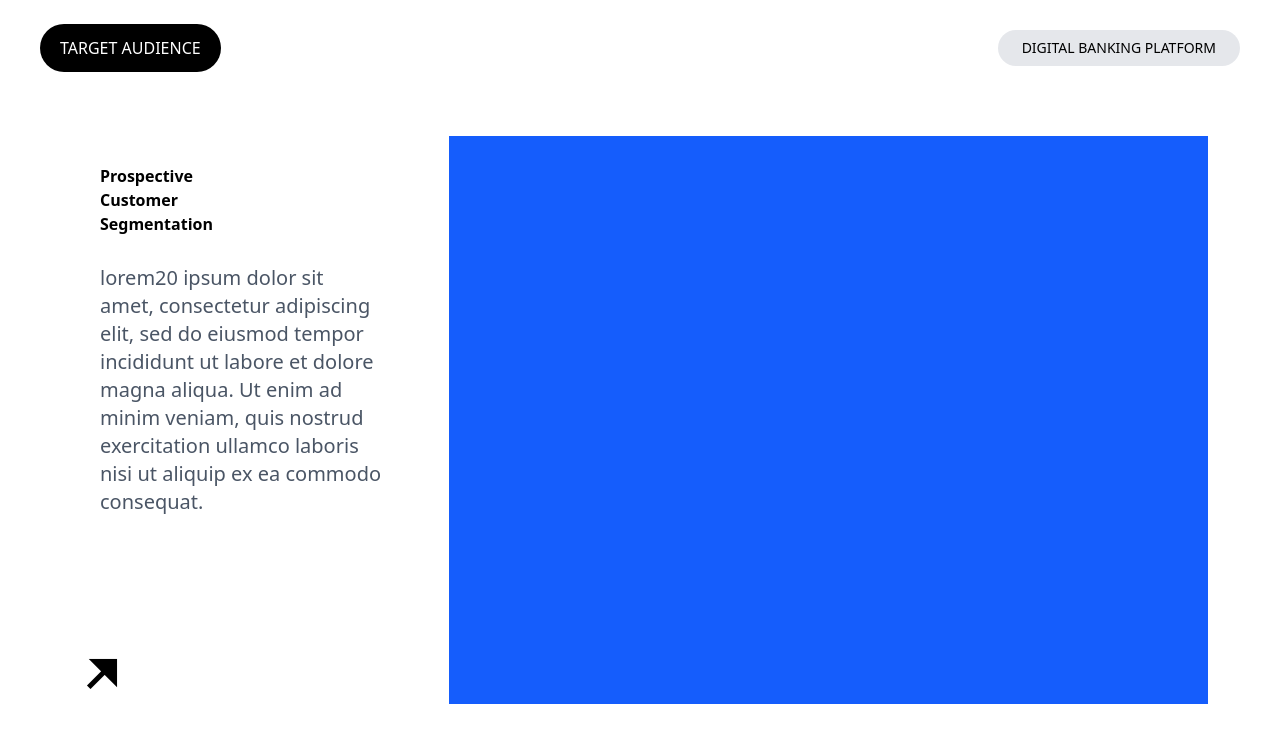
Repository: Mohitkumar1322/ReactTut
Page: / (app in projectSher1/)
The author's editor kept a copy of each file at every save. The page is drawn from the files as they stood at one save, then again after the next save.
The browser window is 1280 px wide. The pictures show the whole page.
The project was rebuilt for these pictures with package versions that can differ from the ones it lists, and the page was loaded fresh each time. Also part of the build but not shown: projectSher1/vite.config.js.

Above is the page before, as saved 2025-11-16 15:50:01.

### projectSher1/src/App.jsx
import React from 'react'
import Section1 from './components/Section1/Section1'
import Section2 from './components/Section2/Section2'

export default function App() {
  return (
    <div>
      <Section1 />
      <Section2 />
    </div>
  )
}

### projectSher1/src/components/Section1/Section1.jsx
import React from 'react'
import Navbar from './Navbar'
import Page1Content from './Page1Content'

const Section1 = () => {
  return (
    <div>
      <Navbar />
      <Page1Content />
    </div>
  )
}

export default Section1

### projectSher1/src/components/Section2/Section2.jsx
import React from 'react'

const Section2 = () => {
  return (
    <div >


    </div>
  )
}

export default Section2

### projectSher1/src/components/Section1/Navbar.jsx
import React from 'react'

const Navbar = () => {
  return (
    <div className='flex justify-between items-center py-6 px-10 '>
        <h4 className='bg-black text-white px-5 py-3 uppercase rounded-full '>Target Audience</h4>
        <button className='bg-gray-200 px-6 py-2 uppercase rounded-full text-sm'> Digital Banking Platform</button>

    </div>
  )
}

export default Navbar

### projectSher1/src/components/Section1/Page1Content.jsx
import React from 'react'
import LeftContent from './LeftContent'
import RightContent from './RightContent'

const Page1Content = () => {
  return (
    <div className='py-10 flex items-center gap-10 justify-between px-18 h-[90vh] '>

      <LeftContent />
      <RightContent />

    </div>
  )
}

export default Page1Content

### projectSher1/src/components/Section1/LeftContent.jsx
import React from 'react'

const LeftContent = () => {
  return (
    <div className='h-full flex flex-col justify-between w-1/3  '>
      <div className='p-7 '>
        <h3 className='mb-7 leading-[1.1]text-6xl font-bold'>
            Prospective<br></br> <span>Customer</span> <br />Segmentation
        </h3>
        <p className='text-xl font-medium text-gray-600'>lorem20
            ipsum dolor sit amet, consectetur adipiscing elit, sed do eiusmod tempor incididunt ut labore et dolore magna aliqua. Ut enim ad minim veniam, quis nostrud exercitation ullamco laboris nisi ut aliquip ex ea commodo consequat.
        </p>
      </div>
      <div className='text-6xl'>
        <i className="ri-arrow-right-up-fill"></i>
      </div>
    </div>
  )
}

export default LeftContent

### projectSher1/src/components/Section1/RightContent.jsx
import React from 'react'
import 'remixicon/fonts/remixicon.css';

const RightContent = () => {
  return (
    <div className='h-full w-3/4 bg-blue-600'>

    </div>
  )
}

export default RightContent

Loaded but not shown: projectSher1/index.html (common file); projectSher1/src/main.jsx (common file); projectSher1/src/index.css (common file)

After the next save:
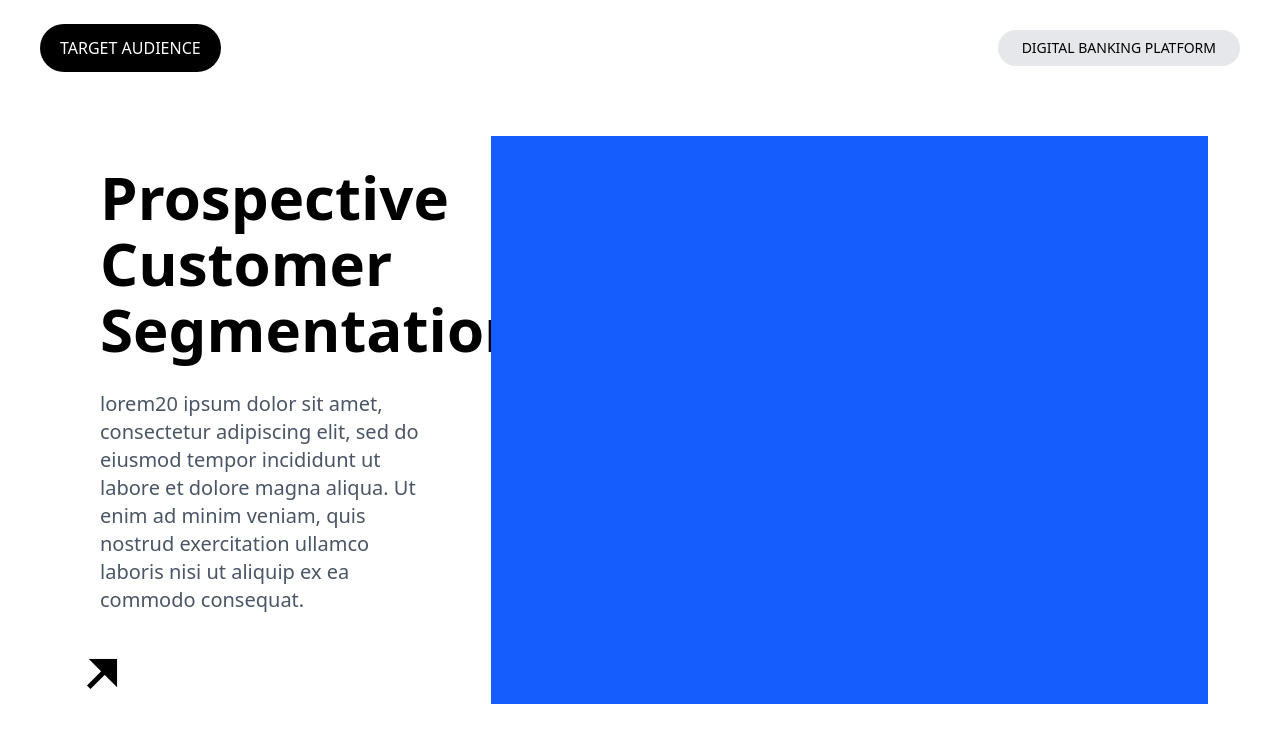
Saved 13 s later.
--- a/projectSher1/src/components/Section1/LeftContent.jsx
+++ b/projectSher1/src/components/Section1/LeftContent.jsx
@@ -4,7 +4,7 @@ const LeftContent = () => {
   return (
     <div className='h-full flex flex-col justify-between w-1/3  '>
       <div className='p-7 '>
-        <h3 className='mb-7 leading-[1.1]text-6xl font-bold'>
+        <h3 className='mb-7 leading-[1.1] text-6xl font-bold'>
             Prospective<br></br> <span>Customer</span> <br />Segmentation
         </h3>
         <p className='text-xl font-medium text-gray-600'>lorem20
